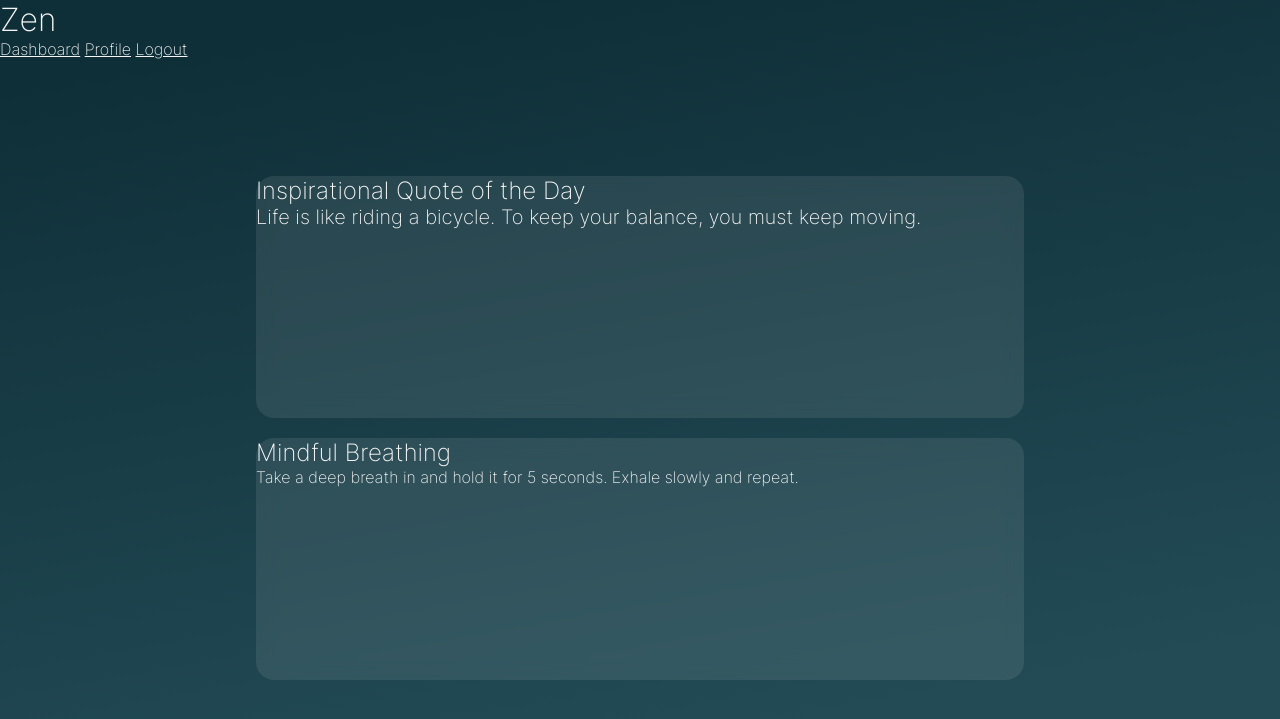
Repository: aaronw-dev/Zen
Page: dashboard.html
The author's editor kept a copy of each file at every save. The page is drawn from the files as they stood at one save, then again after the next save.
The browser window is 1280 px wide. The pictures show the whole page.

Above is the page before, as saved 2024-06-08 13:32:08.

### dashboard.html
<!DOCTYPE html>
<html lang="en">

<head>
    <meta charset="UTF-8">
    <meta name="viewport" content="width=device-width, initial-scale=1.0">
    <title>Zen</title>
    <link rel="stylesheet" href="../static/colors.css">
    <link rel="stylesheet" href="../static/style.css">
</head>

<body>
    <div class="header">
        <h1>Zen</h1>
        <div class="header-right">
            <a href="dashboard.html">Dashboard</a>
            <a href="profile.html">Profile</a>
            <a href="login.html">Logout</a>
        </div>
    <div class="features">
        <div class="inspirational_quote">
            <h2>Inspirational Quote of the Day</h2>
            <p>Life is like riding a bicycle. To keep your balance, you must keep moving.</p>
        </div>
        <div class="mindful_breathing">
            <h2>Mindful Breathing</h2>
            <p>Take a deep breath in and hold it for 5 seconds. Exhale slowly and repeat.</p>
        </div>
    </div>
    <div class="bottom-icons">
        <img
    </div>
</body>

</html>

### static/colors.css
:root {
    --text: #F6F6F6;
    --buttons: #0F2F38;
    --radial-bg: radial-gradient(89.12% 42.87% at 50.08% 50.93%, #2B606F 0%, #0D3642 100%);
    --linear-bg: linear-gradient(170deg, #0F2F38 9.2%, #224B56 91.67%);
}

### static/style.css
@font-face {
    font-family: Inter;
    src: url("./font/Inter-Bold.ttf");
    font-weight: bold;
}

@font-face {
    font-family: Inter;
    src: url("./font/Inter-ExtraLight.ttf");
    font-weight: lighter;
}

html {
    height: 100%;
}

body {
    height: 100%;
    margin: 0;
    background-repeat: no-repeat;
    background-attachment: fixed;
    background: var(--linear-bg);
}

* {
    font-family: Inter;
    color: var(--text);
    font-weight: lighter;
}

h1,
h2,
h3,
h4,
h5,
h6,
p {
    margin-top: 0;
    margin-bottom: 0;
}

.hero {
    position: absolute;
    left: 50%;
    transform: translateX(-50%);
    margin: auto;
    width: 40%;
    display: flex;
    flex-direction: column;
    align-items: center;
    top: 70px;
}

.hero img {
    width: 100%;
}

.hero-name {
    font-size: 60px;
}

.tagline {
    display: flex;
    flex-direction: column;
    align-items: center;
    line-height: 0.85;
    position: absolute;
    top: 50%;
    left: 50%;
    transform: translate(-50%, -50%);
    width: max-content;
}

.tagline span:nth-child(1) {
    font-weight: bold;
    font-size: 3.5em;
}

.tagline span:nth-child(2) {
    font-weight: lighter;
    font-size: 3.2em;
}

.action-buttons {
    display: flex;
    flex-direction: column;
    align-items: center;
    width: 60%;
    position: absolute;
    bottom: 40px;
    gap: 20px;
    left: 50%;
    transform: translateX(-50%);
}
.features {
    display: flex;
    flex-direction: column;
    align-items: center;
    height: 70%;
    width: 60%;
    position: absolute;
    bottom: 40px;
    gap: 20px;
    left: 50%;
    transform: translateX(-50%);
}
.action-buttons button {
    width: 100%;
    padding: 5px 30px;
    font-size: 25px;
    border: none;
    background-color: var(--buttons);
    border-radius: 15px;
}

.inspirational_quote{
    width: 100%;
    height: 100%;
    background: rgba(219.94, 219.94, 219.94, 0.11); border-radius: 18px;
    backdrop-filter: blur(8.90px);
}
.inspirational_quote p{
    font-size: 20px;
}
.mindful_breathing{
    width: 100%;
    height: 100%;
    background: rgba(219.94, 219.94, 219.94, 0.11); border-radius: 18px;
    backdrop-filter: blur(8.90px);
}
.bottom-icons {
    display: flex;
    justify-content: center;
    position: absolute;
    bottom: 20px;
    width: 100%;
    gap: 20px;
}
.bottom-icons div {
    width: 50px;
    height: 50px;
}

After the next save:
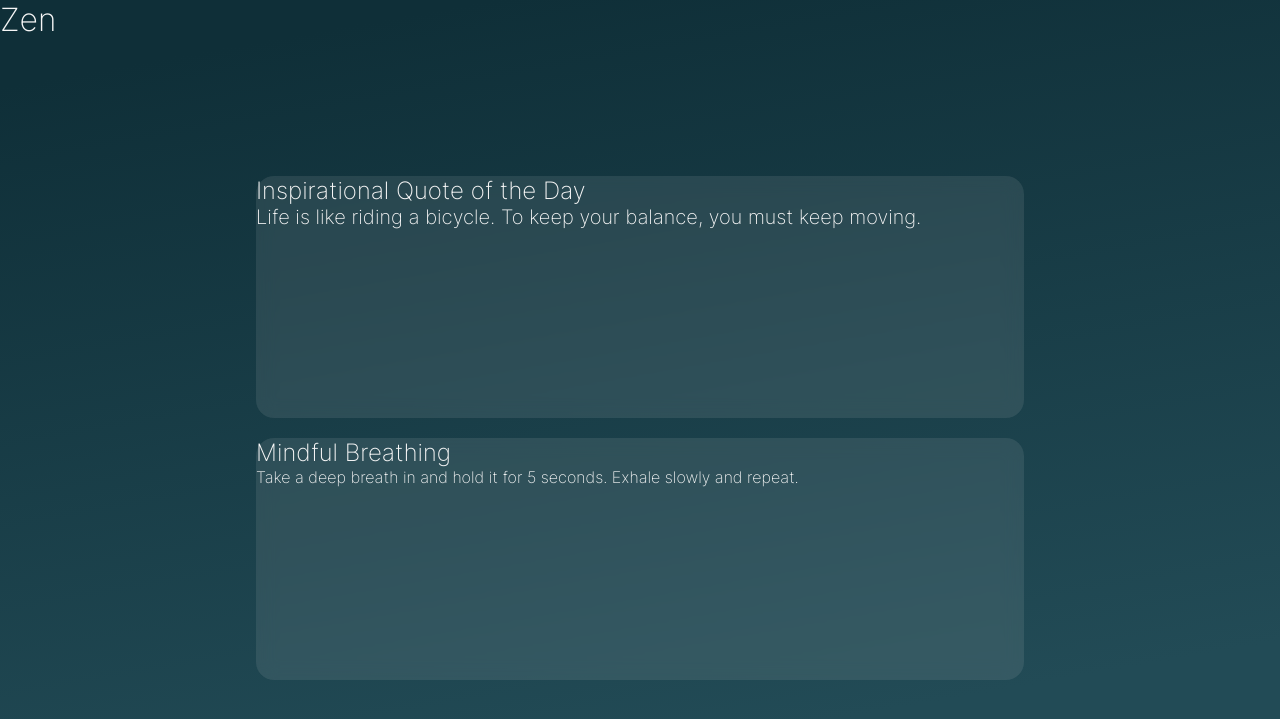
Saved 8 s later.
--- a/dashboard.html
+++ b/dashboard.html
@@ -12,10 +12,7 @@
 <body>
     <div class="header">
         <h1>Zen</h1>
-        <div class="header-right">
-            <a href="dashboard.html">Dashboard</a>
-            <a href="profile.html">Profile</a>
-            <a href="login.html">Logout</a>
+
         </div>
     <div class="features">
         <div class="inspirational_quote">
